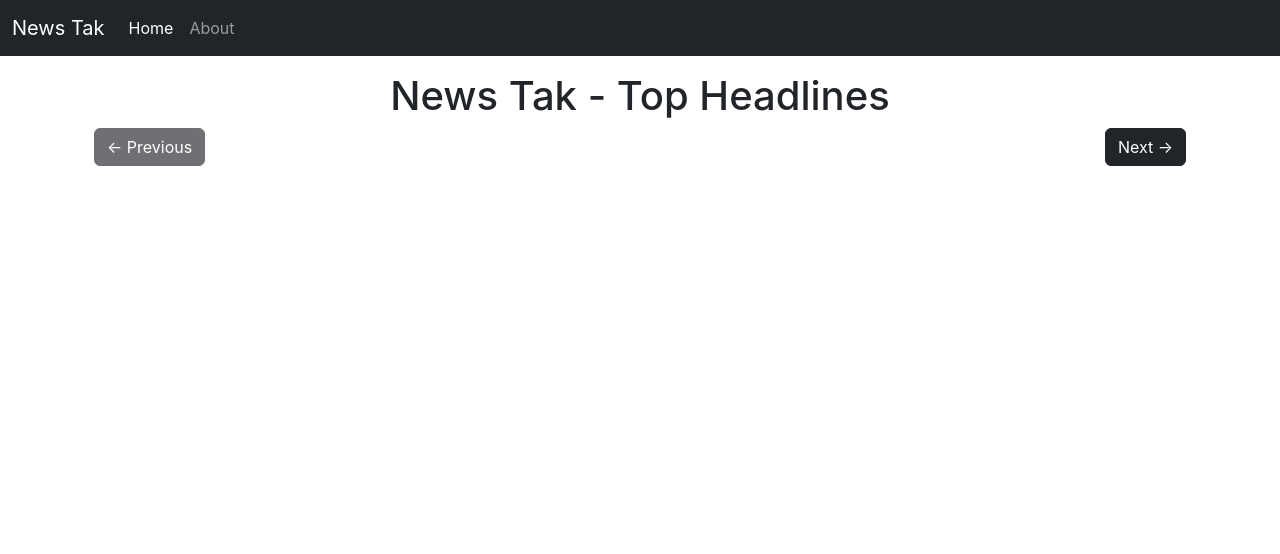
Repository: Rohit-foryou/News-website
Page: /
The author's editor kept a copy of each file at every save. The page is drawn from the files as they stood at one save, then again after the next save.
The browser window is 1280 px wide. The pictures show the whole page.
The page's requests for data from a server got no answer. The project was rebuilt for these pictures with package versions that can differ from the ones it lists, and the page was loaded fresh each time. No one was signed in, and anything a server would have sent is missing. Also part of the build but not shown: src/Components/NewsItem.js.

Above is the page before, as saved 2024-01-10 19:01:31.

After the next save:
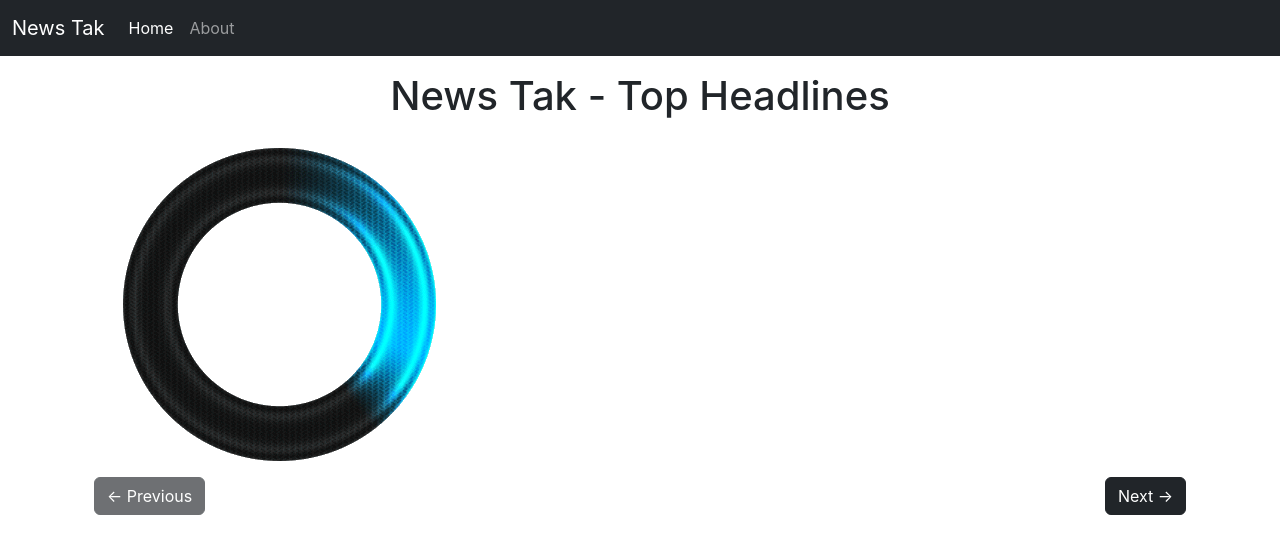
Saved 32 s later.
--- a/src/Components/News.js
+++ b/src/Components/News.js
@@ -1,5 +1,6 @@
 import React, { Component } from "react";
 import NewsItem from "./NewsItem";
+import Spinner from "./Spinner";
 
 export class News extends Component {
   constructor() {
@@ -62,6 +63,7 @@ export class News extends Component {
     return (
       <div className="container my-3">
         <h1 className="text-center">News Tak - Top Headlines</h1>
+        <Spinner/>
 
         <div className="row">
           {this.state.articles.map((element) => {
